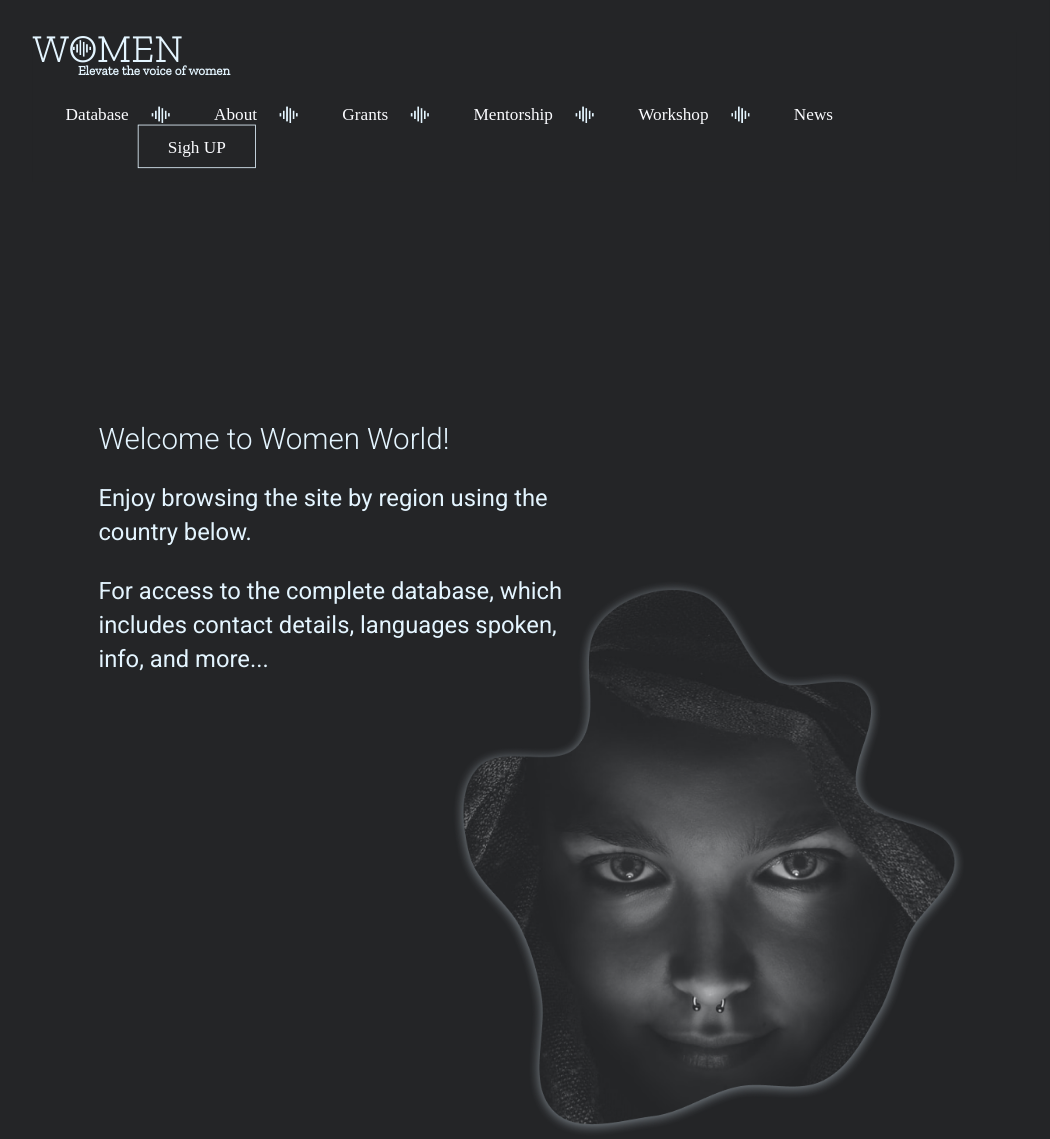
Repository: AndreyMykulych/user_home_work_Mykulych
Page: 5/index.html
These files come from the project's save history. The page is drawn as it stood at one moment and after a run of saves; the edit follows.
The browser window is 1280 px wide. The pictures show the whole page, at 82% of full size.

Above is the page before, as saved 2023-03-04 20:52:10.

After the next 2 saves:
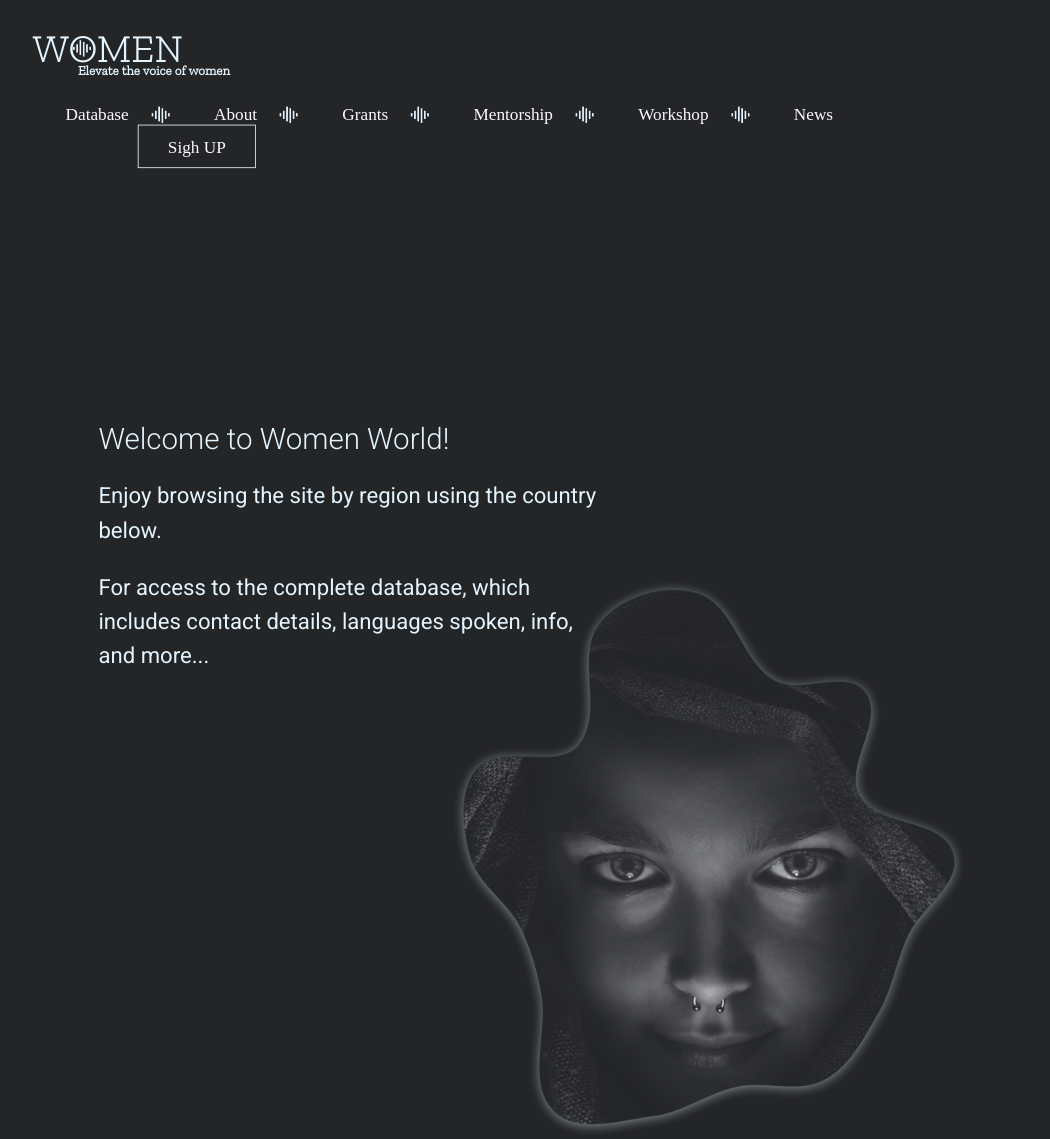
The 2 saves are shown as one change because they came seconds apart.
The last was saved 7 s later.
--- a/5/style/index.css
+++ b/5/style/index.css
@@ -123,7 +123,7 @@ font-family: 'Zilla Slab', serif;
     font-family: 'Roboto',sans-serif;
     font-style: normal;
     font-weight: 400;
-    font-size: 29px;
+    font-size: 27px;
     line-height: 42px;
     color: #E4F5FF;
 }
